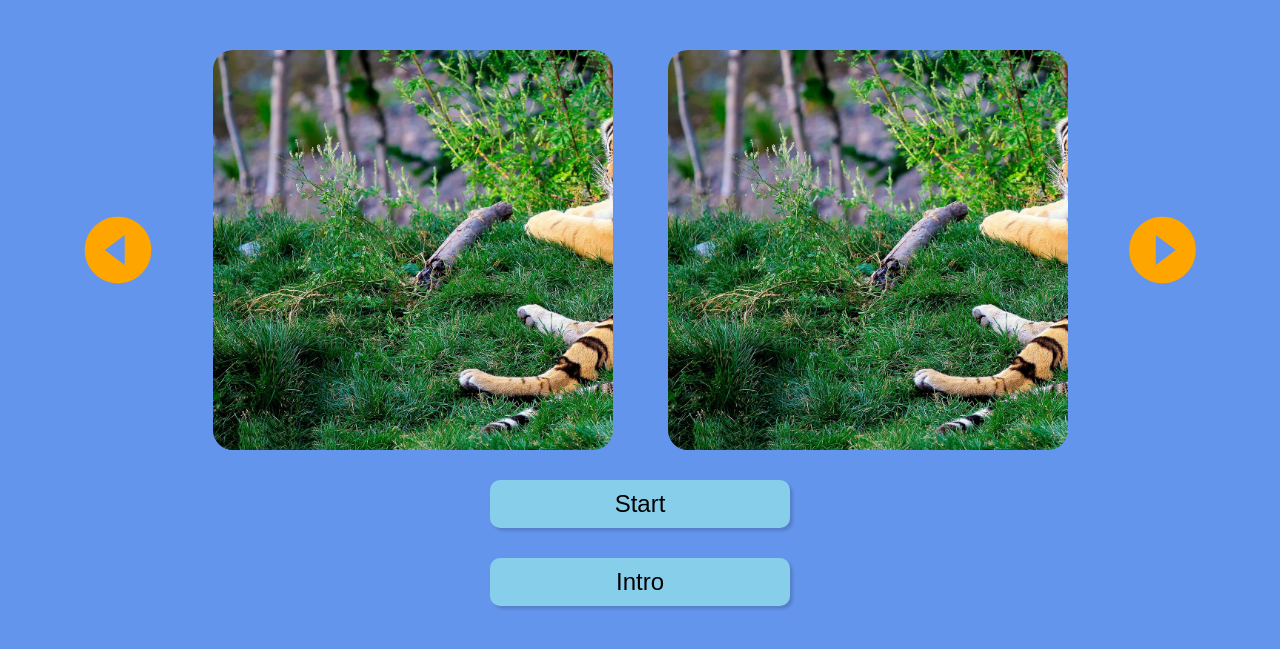
Repository: sylviaah/dynamicmidterm
Page: slider/slider.html
An editor plug-in stored every save of this project. The page is shown before and after the next save, followed by the edit.
The browser window is 1280 px wide. The pictures show the whole page.

Above is the page before, as saved 2020-03-13 13:11:14.

### slider/slider.html
<!DOCTYPE html>
<html>
    <html>
        <title>Slider</title>
        <link rel="stylesheet" href="slider.css">
        <link href="https://fonts.googleapis.com/icon?family=Material+Icons" rel="stylesheet">
    </html>
    <body>
        <div class="slider">
            <div class="slider_progress">
                <div class="progress 25"></div>
                <div class="progress 50"></div>
                <div class="progress 75"></div>
                <div class="progress 100"></div>
            </div>
            <div class="slider_slider">
                <i class="material-icons arrow_left" onclick="previous()">play_circle_filled</i>
                <div class="image_div img1">
                    <img class="instructions_image" src="imgs/img1.jpg" alt="">
                </div>
                <div class="image_div img2">
                    <img class="instructions_image" src="imgs/img1.jpg" alt="">
                </div>
                <i class="material-icons arrow_right" onclick="next()">play_circle_filled</i>
            </div>
            <div class="slider_menu">
                <div class="menu_start">Start</div>
                <div class="menu_intro">Intro</div>
            </div>
        </div>
        <script src="slider.js"></script>
    </body>
</html>

### slider/slider.css
body,html {
    margin: 0;
    background-color: cornflowerblue;
}

.slider{
    padding: 50px;
    display: flex;
    flex-direction: column;
    align-items: center;
}

.slider_progress{
    display: none;
    margin-bottom: 30px;
}

.slider_progress div{
    display: none;
    width: 30px;
    height: 30px;
    margin: 10px;
    background-color: white;
    border-radius: 50%;
    box-shadow: 3px 3px 3px rgb(0, 0, 0, 0.15);
}

.slider_slider{
    display: flex;
    width: 100%;
    align-items: center;
    justify-content: space-around;
}

.material-icons.arrow_left {
    /* visibility: hidden; */
    transform: rotate(180deg);
    font-size: 80px;
    color: orange;
}

.material-icons.arrow_right {
    visibility: visible;
    color: orange;
    font-size: 80px;
}

.image_div{
    width: 400px;
    height: 400px;
    overflow: hidden;
    border-radius: 20px;
}

.image_div img{
    object-fit: cover;
    height: 400px;
}

.menu_start, .menu_intro{
    display: flex;
    width: 100px;
    margin: 30px;
    justify-content: center;
    border-radius: 10px;
    padding: 10px 100px;
    background-color:skyblue;
    font-size: 18pt;
    font-family: Arial, Helvetica, sans-serif;
    box-shadow: 3px 3px 3px rgb(0, 0, 0, 0.15);
}

Loaded but not shown: slider/slider.js (no copy from this time; the picture is the same without it)

After the next save:
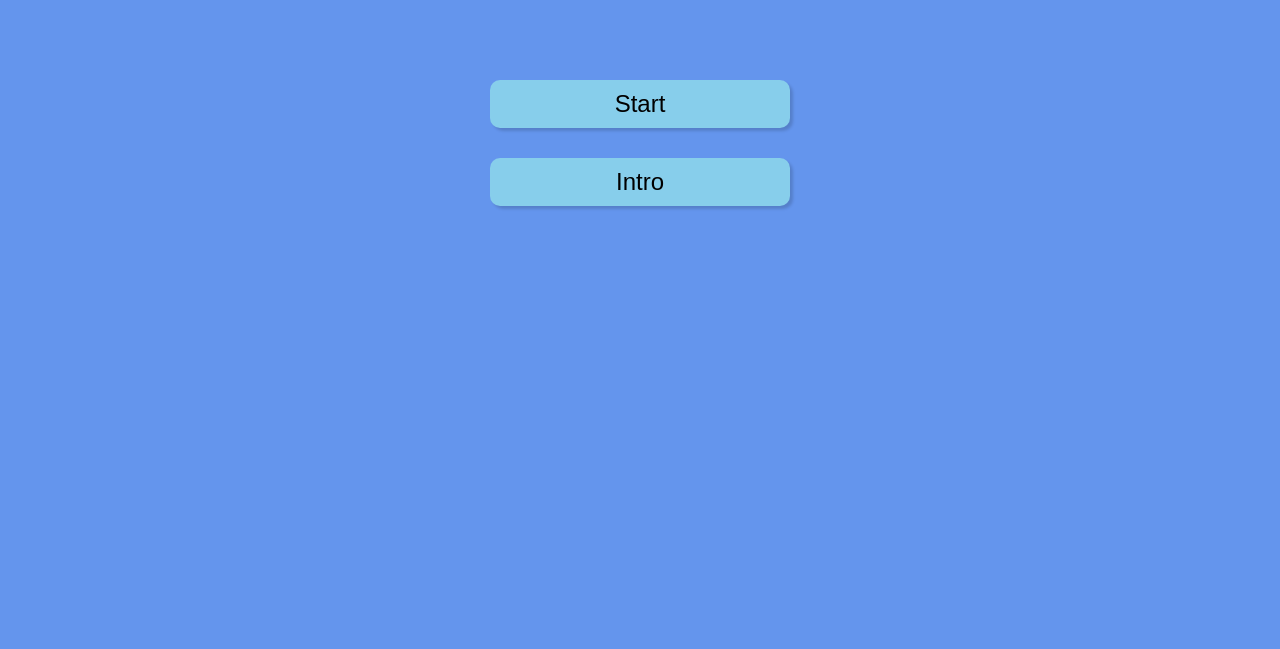
Saved 11 s later.
--- a/slider/slider.css
+++ b/slider/slider.css
@@ -16,7 +16,6 @@ body,html {
 }
 
 .slider_progress div{
-    display: none;
     width: 30px;
     height: 30px;
     margin: 10px;
@@ -26,7 +25,7 @@ body,html {
 }
 
 .slider_slider{
-    display: flex;
+    display: none;
     width: 100%;
     align-items: center;
     justify-content: space-around;
